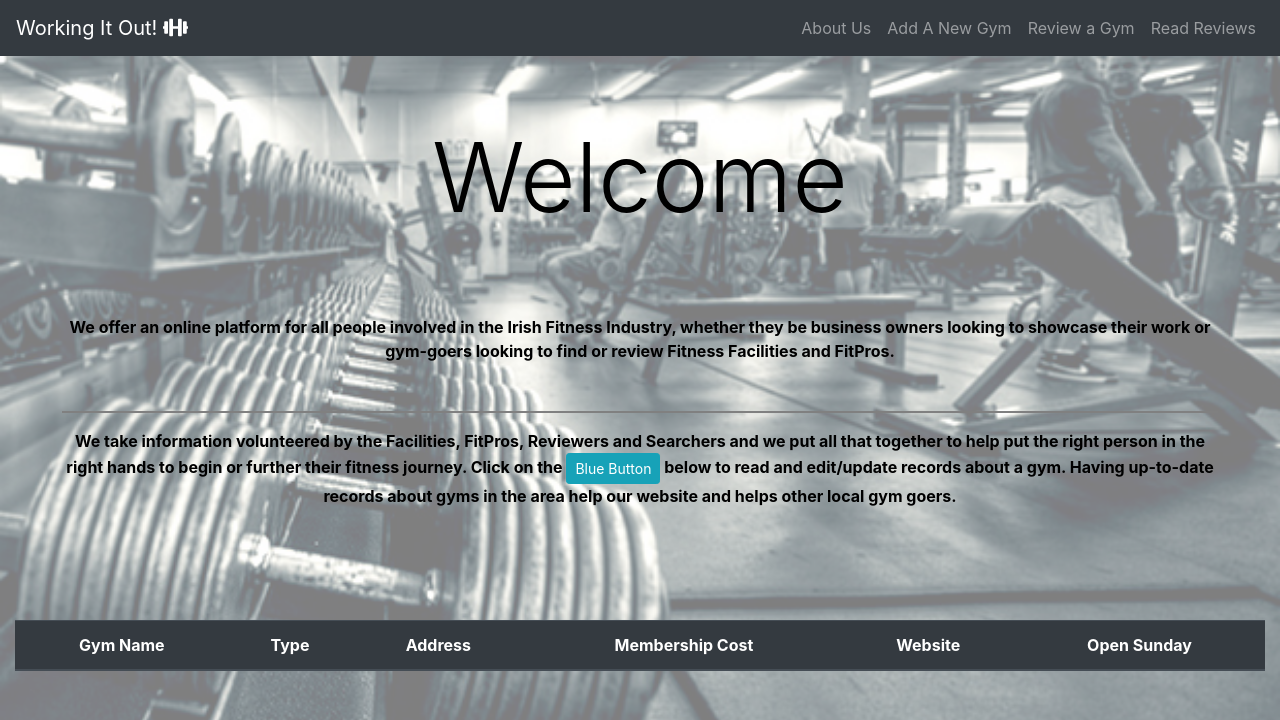
Repository: cgaynor91/Working_It_Out
Page: http://localhost/
The author's editor kept a record of every edit. The page is drawn from the files as they stood at one moment, then again after the next edit.
The browser window is 1280 px wide. The pictures show the whole page.
Some web libraries are served in a nearby version. The page is served by the project's application, run on Flask 3 (app.py). Queries for data that is not in the repository find no rows.

Above is the page before.

After the next edit:
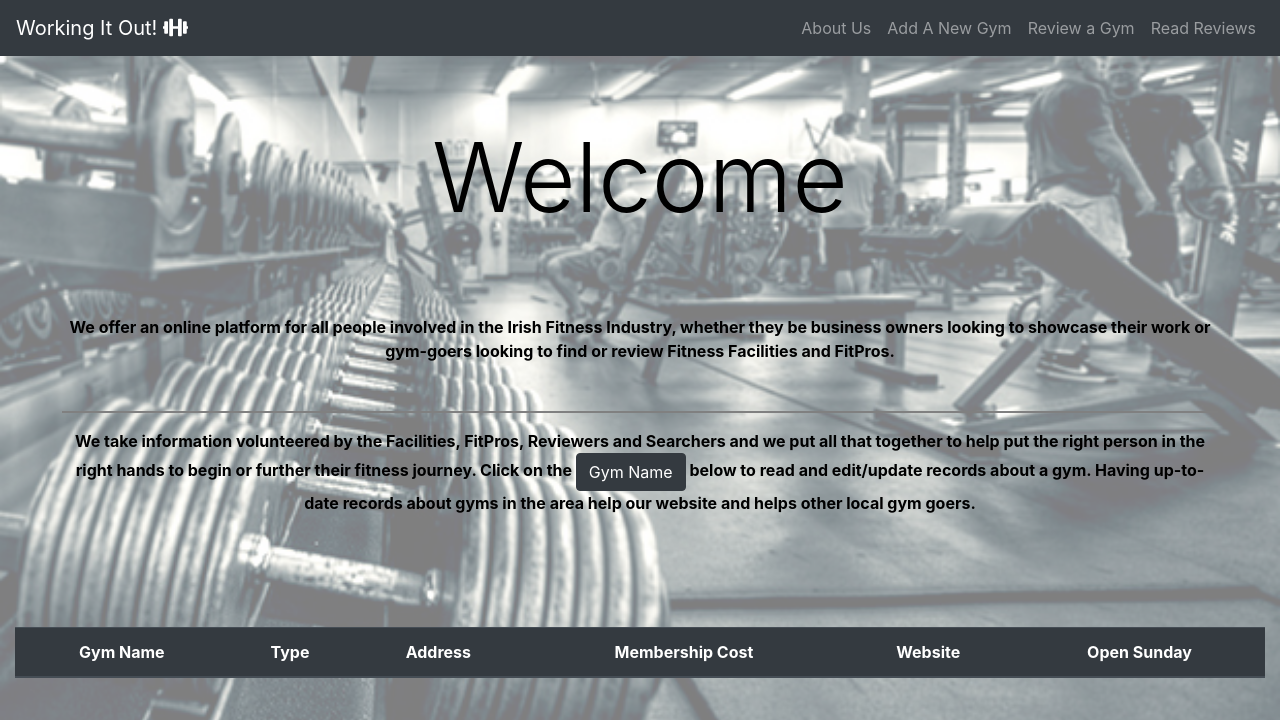
The edit:
--- a/templates/home.html
+++ b/templates/home.html
@@ -7,7 +7,7 @@
     <h1 class="display-3">Welcome</h1>
     <p class="welcome-para"></b>We offer an online platform for all people involved in the Irish Fitness Industry, whether they be business owners looking to showcase their work or gym-goers looking to find or review Fitness Facilities and FitPros.</p>
     <hr>
-    <p class="welcome-para">We take information volunteered by the Facilities, FitPros, Reviewers and Searchers and we put all that together to help put the right person in the right hands to begin or further their fitness journey. Click on the <button type="button" class="btn btn-info btn-sm">Blue Button</button>     below to read and edit/update records about a gym. Having up-to-date records about gyms in the area help our website and helps other local gym goers.</p>
+    <p class="welcome-para">We take information volunteered by the Facilities, FitPros, Reviewers and Searchers and we put all that together to help put the right person in the right hands to begin or further their fitness journey. Click on the <button type="button" class="btn btn-dark">Gym Name</button>     below to read and edit/update records about a gym. Having up-to-date records about gyms in the area help our website and helps other local gym goers.</p>
    </div>
   </div>
  </div>
